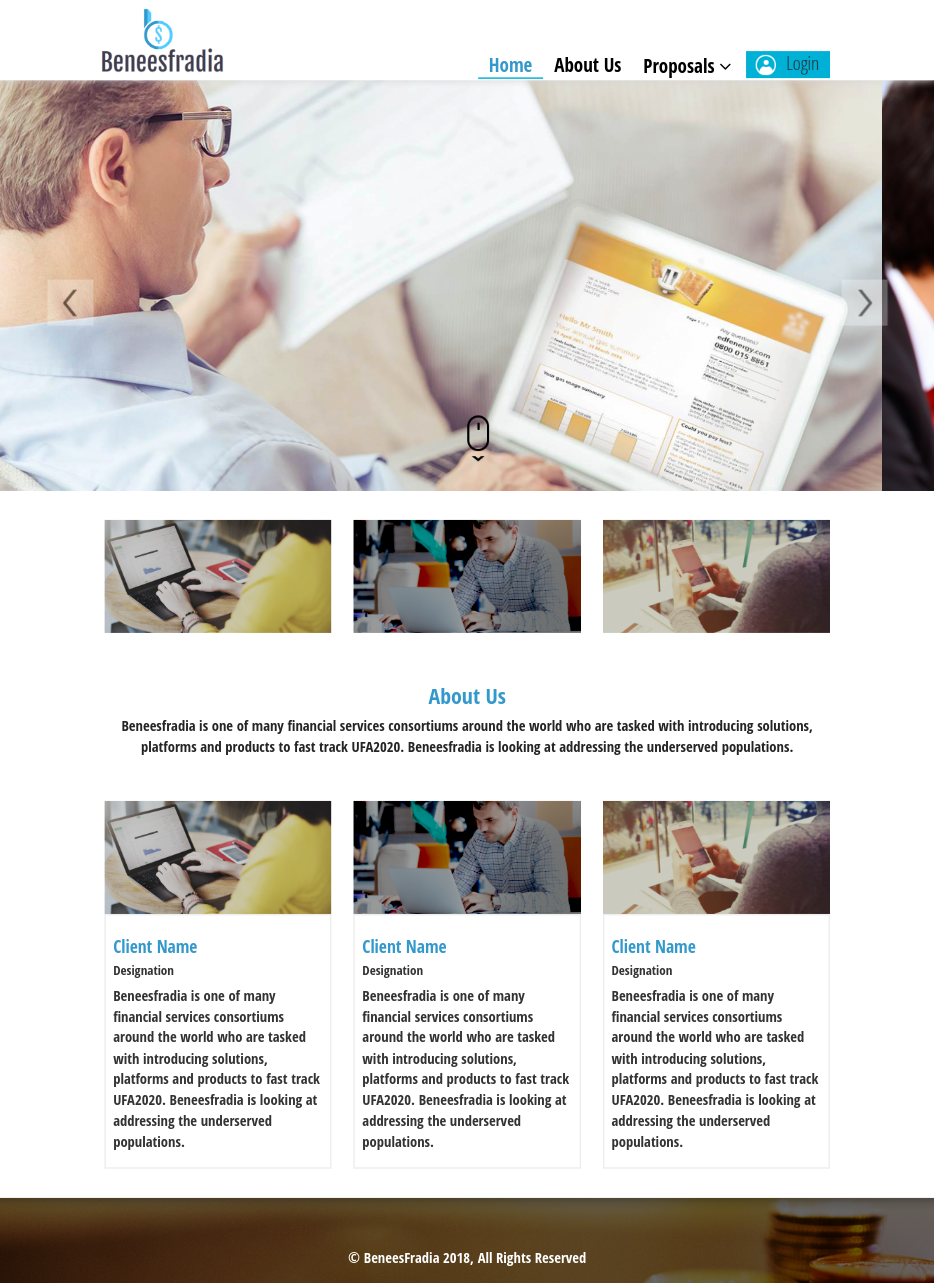
Repository: intkhabahmed/AcceleratedBootcampWebsites
Page: http://localhost/BeneesFradia/UI/index.jsp
An editor plug-in stored every save of this project. The page is shown before and after the next save, followed by the edit.
The browser window is 1280 px wide. The pictures show the whole page, at 73% of full size.
Some web fonts or font styles are not loaded; a fallback is used. The page is served by Tomcat 9. Nobody is signed in. The application's start-up code is not run.

Above is the page before, as saved 2018-02-07 07:37:23.

After the next save:
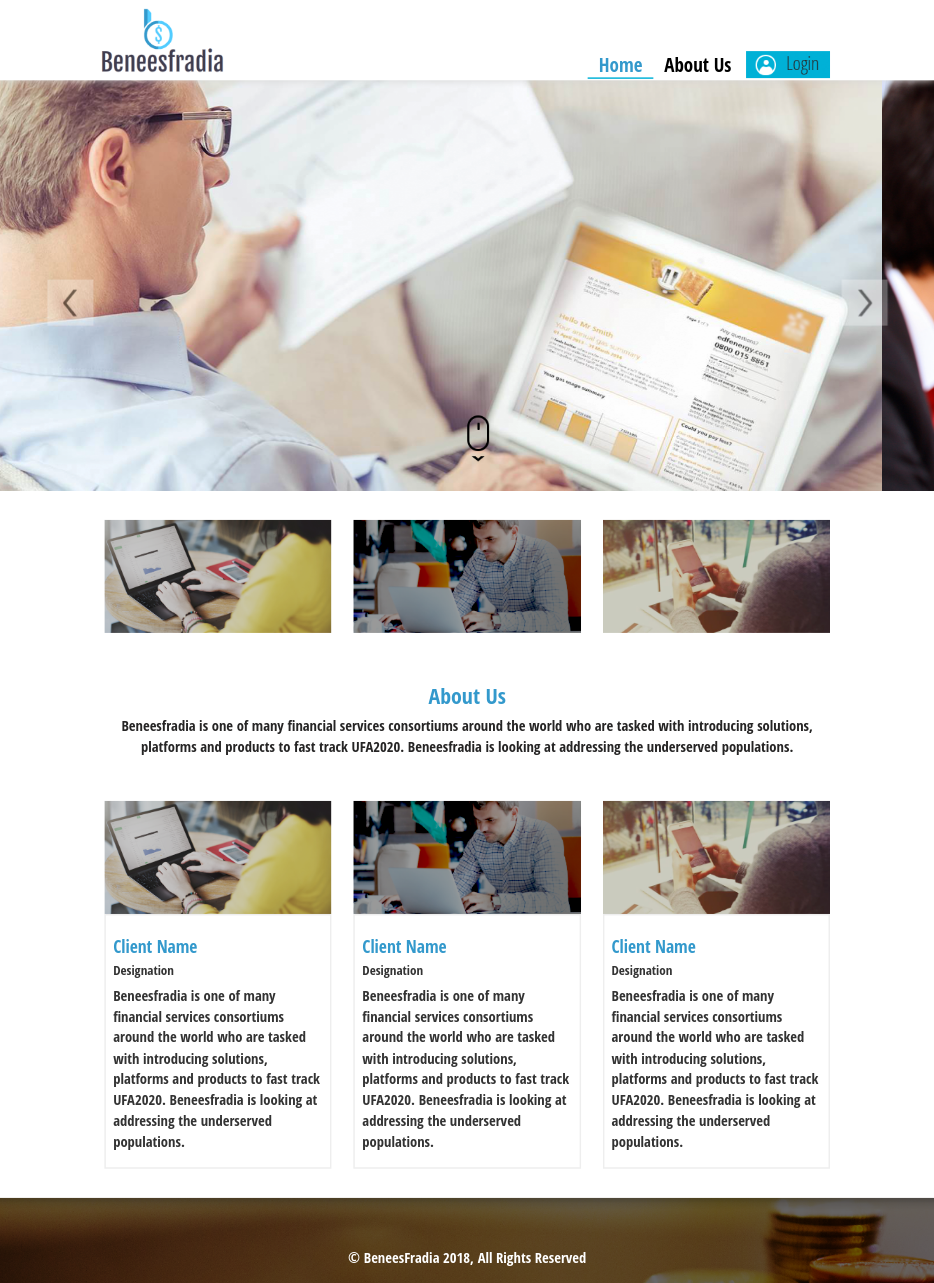
Saved 70 s later.
--- a/BeneesFradia/WebContent/UI/header.jsp
+++ b/BeneesFradia/WebContent/UI/header.jsp
@@ -19,7 +19,7 @@
 	      <ul class="nav navbar-nav navbar-right" id="main-nav">
 	        <li class="active"><a href="#home">Home <span class="sr-only">(current)</span></a></li>
 	        <li><a href="#aboutus">About Us</a></li>
-	        <c:if test="${sessionScope.user.username ne 'beneesfradia'}">
+	        <%-- <c:if test="${sessionScope.user.username ne 'beneesfradia'}">
 	        <li class="dropdown">
 	          <a href="#" class="dropdown-toggle" data-toggle="dropdown" role="button" aria-haspopup="true" aria-expanded="false">Proposals <span class="fa fa-angle-down"></span></a>
 	          <ul class="dropdown-menu">
@@ -29,7 +29,7 @@
 	            <li><a href="data/sampleProposal.pdf" target="_blank">Download Problem Statement</a></li>
 	          </ul>
 	         </li>
-	         </c:if>
+	         </c:if> --%>
 	        <c:if test="${sessionScope.user.username eq 'beneesfradia'}">
 	        	<li><a href="#contactus">Message</a></li>
 	        </c:if>
